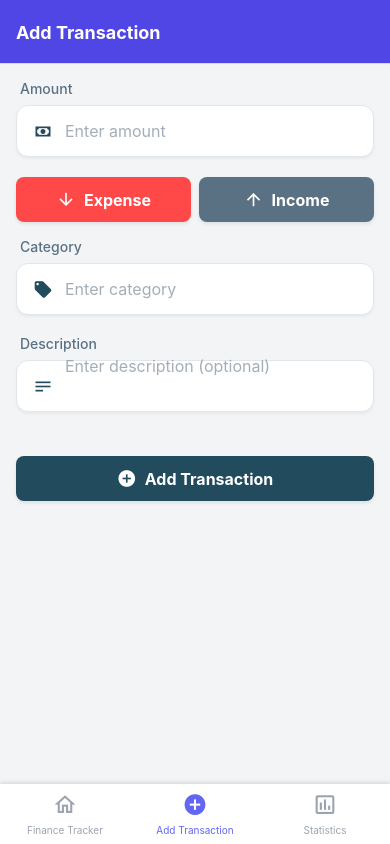
Repository: FarhanAryadi/FinTrack
Screen: /Add
The author's editor kept a copy of each file at every save. The screen is drawn from the files as they stood at one save, then again after the next save.
The page's requests for data from a server got no answer. The app was drawn by React Native's web renderer in a window 390 px wide. The project was rebuilt for these pictures with package versions that can differ from the ones it lists, and the page was loaded fresh each time. No one was signed in, and anything a server would have sent is missing. Also part of the build but not shown: src/components/transactions/TransactionCard.tsx, src/screens/StatisticsScreen.tsx.

Above is the screen before, as saved 2025-03-06 13:05:11.

### App.tsx
import { MaterialCommunityIcons } from '@expo/vector-icons';
import { createBottomTabNavigator } from '@react-navigation/bottom-tabs';
import { NavigationContainer } from '@react-navigation/native';
import { StatusBar } from 'expo-status-bar';
import React from 'react';

import { AddTransactionScreen } from './src/screens/AddTransactionScreen';
import HomeScreen from './src/screens/HomeScreen';
import StatisticsScreen from './src/screens/StatisticsScreen';

const Tab = createBottomTabNavigator();

type IconName = React.ComponentProps<typeof MaterialCommunityIcons>['name'];

export default function App() {
	return (
		<NavigationContainer>
			<StatusBar style="light" />
			<Tab.Navigator
				screenOptions={({ route }) => ({
					tabBarIcon: ({ focused, color, size }) => {
						let iconName: IconName = 'home';

						if (route.name === 'Home') {
							iconName = focused ? 'home' : 'home-outline';
						} else if (route.name === 'Add') {
							iconName = focused ? 'plus-circle' : 'plus-circle-outline';
						} else if (route.name === 'Statistics') {
							iconName = focused ? 'chart-box' : 'chart-box-outline';
						}

						return (
							<MaterialCommunityIcons
								name={iconName}
								size={size}
								color={color}
							/>
						);
					},
					tabBarActiveTintColor: '#6366f1',
					tabBarInactiveTintColor: '#9ca3af',
					tabBarStyle: {
						backgroundColor: 'white',
						borderTopWidth: 0,
						elevation: 10,
						shadowColor: '#000',
						shadowOffset: {
							width: 0,
							height: -2,
						},
						shadowOpacity: 0.1,
						shadowRadius: 3.84,
						height: 60,
						paddingBottom: 8,
					},
					headerStyle: {
						backgroundColor: '#4f46e5',
						elevation: 0,
						shadowOpacity: 0,
					},
					headerTintColor: 'white',
					headerTitleStyle: {
						fontWeight: 'bold',
					},
				})}
			>
				<Tab.Screen
					name="Home"
					component={HomeScreen}
					options={{
						title: 'Finance Tracker',
					}}
				/>
				<Tab.Screen
					name="Add"
					component={AddTransactionScreen}
					options={{
						title: 'Add Transaction',
					}}
				/>
				<Tab.Screen
					name="Statistics"
					component={StatisticsScreen}
					options={{
						title: 'Statistics',
					}}
				/>
			</Tab.Navigator>
		</NavigationContainer>
	);
}

### src/screens/AddTransactionScreen.tsx
import React, { useState } from 'react';
import { View, StyleSheet, ScrollView } from 'react-native';
import { useNavigation } from '@react-navigation/native';
import { Button } from '../components/common/Button';
import { Input } from '../components/common/Input';
import { useTransactions } from '../hooks/useTransactions';
import { TransactionFormData } from '../types/transaction';

export const AddTransactionScreen: React.FC = () => {
	const navigation = useNavigation();
	const { createTransaction } = useTransactions();
	const [loading, setLoading] = useState(false);
	const [form, setForm] = useState<TransactionFormData>({
		amount: '',
		type: 'EXPENSE',
		category: '',
		description: '',
		date: new Date(),
	});
	const [errors, setErrors] = useState<
		Partial<Record<keyof TransactionFormData, string>>
	>({});

	const validateForm = () => {
		const newErrors: typeof errors = {};

		if (!form.amount) {
			newErrors.amount = 'Amount is required';
		} else if (isNaN(Number(form.amount))) {
			newErrors.amount = 'Amount must be a number';
		}

		if (!form.category) {
			newErrors.category = 'Category is required';
		}

		setErrors(newErrors);
		return Object.keys(newErrors).length === 0;
	};

	const handleSubmit = async () => {
		if (!validateForm()) return;

		try {
			setLoading(true);
			await createTransaction(form);
			navigation.goBack();
		} catch (error) {
			console.error('Error creating transaction:', error);
		} finally {
			setLoading(false);
		}
	};

	return (
		<ScrollView style={styles.container}>
			<View style={styles.form}>
				<Input
					label="Amount"
					placeholder="Enter amount"
					keyboardType="numeric"
					value={form.amount}
					onChangeText={(value) => setForm({ ...form, amount: value })}
					error={errors.amount}
					icon="cash"
				/>

				<View style={styles.buttonGroup}>
					<Button
						title="Expense"
						variant={form.type === 'EXPENSE' ? 'danger' : 'secondary'}
						onPress={() => setForm({ ...form, type: 'EXPENSE' })}
						style={styles.typeButton}
						icon="arrow-down"
					/>
					<Button
						title="Income"
						variant={form.type === 'INCOME' ? 'success' : 'secondary'}
						onPress={() => setForm({ ...form, type: 'INCOME' })}
						style={styles.typeButton}
						icon="arrow-up"
					/>
				</View>

				<Input
					label="Category"
					placeholder="Enter category"
					value={form.category}
					onChangeText={(value) => setForm({ ...form, category: value })}
					error={errors.category}
					icon="tag"
				/>

				<Input
					label="Description"
					placeholder="Enter description (optional)"
					value={form.description}
					onChangeText={(value) => setForm({ ...form, description: value })}
					multiline
					numberOfLines={3}
					icon="text"
				/>

				<Button
					title="Add Transaction"
					onPress={handleSubmit}
					loading={loading}
					icon="plus-circle"
					style={styles.submitButton}
				/>
			</View>
		</ScrollView>
	);
};

const styles = StyleSheet.create({
	container: {
		flex: 1,
		backgroundColor: '#f3f4f6',
	},
	form: {
		padding: 16,
	},
	buttonGroup: {
		flexDirection: 'row',
		gap: 8,
		marginBottom: 16,
	},
	typeButton: {
		flex: 1,
	},
	submitButton: {
		marginTop: 24,
	},
});

### src/screens/HomeScreen.tsx
import React, { useEffect } from 'react';
import { View, FlatList, RefreshControl, StyleSheet } from 'react-native';
import { Header } from '../components/common/Header';
import { TransactionCard } from '../components/transactions/TransactionCard';
import { useTransactions } from '../hooks/useTransactions';
import { Transaction } from '../types/transaction';

const HomeScreen: React.FC = () => {
	const { transactions, isLoading, error, fetchTransactions } =
		useTransactions();

	useEffect(() => {
		fetchTransactions();
	}, [fetchTransactions]);

	const totalBalance = transactions.reduce((acc, curr) => {
		return acc + (curr.type === 'INCOME' ? curr.amount : -curr.amount);
	}, 0);

	const renderTransaction = ({ item }: { item: Transaction }) => (
		<TransactionCard
			transaction={item}
			onPress={(transaction) => {
				// Handle transaction press
				console.log('Transaction pressed:', transaction);
			}}
		/>
	);

	return (
		<View style={styles.container}>
			<Header
				title="My Wallet"
				subtitle="Current Balance"
				amount={totalBalance}
			/>
			<FlatList
				data={transactions}
				renderItem={renderTransaction}
				keyExtractor={(item) => item.id}
				contentContainerStyle={styles.listContent}
				refreshControl={
					<RefreshControl
						refreshing={isLoading}
						onRefresh={fetchTransactions}
						tintColor="#6366f1"
					/>
				}
			/>
		</View>
	);
};

const styles = StyleSheet.create({
	container: {
		flex: 1,
		backgroundColor: '#f3f4f6',
	},
	listContent: {
		paddingVertical: 16,
	},
});

export default HomeScreen;

### src/components/common/Button.tsx
import { MaterialCommunityIcons } from '@expo/vector-icons';
import React from 'react';
import {
	ActivityIndicator,
	StyleSheet,
	Text,
	TextStyle,
	TouchableOpacity,
	View,
	ViewStyle,
} from 'react-native';
import { colors } from '../../constants/colors';

type IconName = React.ComponentProps<typeof MaterialCommunityIcons>['name'];

interface ButtonProps {
	title: string;
	onPress: () => void;
	variant?: 'primary' | 'secondary' | 'success' | 'danger';
	loading?: boolean;
	icon?: IconName;
	style?: ViewStyle;
	textStyle?: TextStyle;
	disabled?: boolean;
}

const getVariantColor = (variant: string) => {
	const colorMap = {
		primary: colors.primary.main,
		secondary: colors.text.secondary,
		success: colors.success.main,
		danger: colors.danger.main,
	};
	return colorMap[variant as keyof typeof colorMap] || colorMap.primary;
};

export const Button: React.FC<ButtonProps> = ({
	title,
	onPress,
	variant = 'primary',
	loading = false,
	icon,
	style,
	textStyle,
	disabled = false,
}) => {
	const backgroundColor = getVariantColor(variant);

	return (
		<TouchableOpacity
			onPress={onPress}
			disabled={loading || disabled}
			activeOpacity={0.8}
			style={[
				styles.button,
				{ backgroundColor },
				disabled && styles.disabled,
				style,
			]}
		>
			{loading ? (
				<ActivityIndicator color={colors.text.inverse} />
			) : (
				<View style={styles.content}>
					{icon && (
						<MaterialCommunityIcons
							name={icon}
							size={20}
							color={colors.text.inverse}
							style={styles.icon}
						/>
					)}
					<Text style={[styles.text, textStyle]}>{title}</Text>
				</View>
			)}
		</TouchableOpacity>
	);
};

const styles = StyleSheet.create({
	button: {
		padding: 12,
		borderRadius: 8,
		elevation: 2,
		shadowColor: colors.text.primary,
		shadowOffset: {
			width: 0,
			height: 2,
		},
		shadowOpacity: 0.1,
		shadowRadius: 3.84,
	},
	content: {
		flexDirection: 'row',
		alignItems: 'center',
		justifyContent: 'center',
	},
	text: {
		color: colors.text.inverse,
		fontSize: 16,
		fontWeight: 'bold',
		textAlign: 'center',
	},
	icon: {
		marginRight: 8,
	},
	disabled: {
		opacity: 0.6,
	},
});

### src/components/common/Input.tsx
import { MaterialCommunityIcons } from '@expo/vector-icons';
import React from 'react';
import {
	StyleSheet,
	Text,
	TextInput,
	TextInputProps,
	View,
	ViewStyle,
} from 'react-native';
import { colors } from '../../constants/colors';

interface InputProps extends TextInputProps {
	label?: string;
	error?: string;
	icon?: string;
	containerStyle?: ViewStyle;
}

type IconName = React.ComponentProps<typeof MaterialCommunityIcons>['name'];

export const Input: React.FC<InputProps> = ({
	label,
	error,
	icon,
	containerStyle,
	...props
}) => {
	return (
		<View style={[styles.container, containerStyle]}>
			{label && <Text style={styles.label}>{label}</Text>}
			<View
				style={[
					styles.inputContainer,
					error ? styles.inputError : null,
					props.editable === false ? styles.inputDisabled : null,
				]}
			>
				{icon && (
					<MaterialCommunityIcons
						name={icon as IconName}
						size={20}
						color={error ? colors.danger.main : colors.primary.main}
						style={styles.icon}
					/>
				)}
				<TextInput
					style={styles.input}
					placeholderTextColor={colors.text.disabled}
					{...props}
				/>
			</View>
			{error && <Text style={styles.errorText}>{error}</Text>}
		</View>
	);
};

const styles = StyleSheet.create({
	container: {
		marginBottom: 20,
	},
	label: {
		fontSize: 14,
		fontWeight: '500',
		color: colors.text.secondary,
		marginBottom: 8,
		marginLeft: 4,
	},
	inputContainer: {
		flexDirection: 'row',
		alignItems: 'center',
		backgroundColor: colors.card,
		borderWidth: 1.5,
		borderColor: colors.border,
		borderRadius: 12,
		paddingHorizontal: 16,
		height: 52,
		shadowColor: colors.text.primary,
		shadowOffset: {
			width: 0,
			height: 2,
		},
		shadowOpacity: 0.05,
		shadowRadius: 3,
		elevation: 2,
	},
	input: {
		flex: 1,
		fontSize: 16,
		color: colors.text.primary,
		paddingVertical: 12,
	},
	icon: {
		marginRight: 12,
	},
	inputError: {
		borderColor: colors.danger.main,
		borderWidth: 1.5,
		backgroundColor: colors.danger.surface,
	},
	inputDisabled: {
		backgroundColor: colors.background,
		borderColor: colors.border,
	},
	errorText: {
		color: colors.danger.main,
		fontSize: 12,
		marginTop: 4,
		marginLeft: 4,
	},
});

### src/hooks/useTransactions.ts
import { useCallback, useState } from 'react';
import { transactionService } from '../api/transactionService';
import { Transaction, TransactionFormData } from '../types/transaction';

export const useTransactions = () => {
	const [transactions, setTransactions] = useState<Transaction[]>([]);
	const [isLoading, setIsLoading] = useState(false);
	const [error, setError] = useState<string | null>(null);

	const fetchTransactions = useCallback(async () => {
		try {
			setIsLoading(true);
			setError(null);
			const data = await transactionService.getAllTransactions();
			setTransactions(data);
		} catch (err) {
			setError('Failed to fetch transactions');
			console.error(err);
		} finally {
			setIsLoading(false);
		}
	}, []);

	const createTransaction = useCallback(async (data: TransactionFormData) => {
		try {
			setIsLoading(true);
			setError(null);
			const newTransaction = await transactionService.createTransaction(data);
			setTransactions((prev) => [newTransaction, ...prev]);
			return newTransaction;
		} catch (err) {
			setError('Failed to create transaction');
			console.error(err);
			throw err;
		} finally {
			setIsLoading(false);
		}
	}, []);

	const updateTransaction = useCallback(
		async (id: string, data: Partial<TransactionFormData>) => {
			try {
				setIsLoading(true);
				setError(null);
				const updatedTransaction = await transactionService.updateTransaction(
					id,
					data
				);
				setTransactions((prev) =>
					prev.map((t) => (t.id === id ? updatedTransaction : t))
				);
				return updatedTransaction;
			} catch (err) {
				setError('Failed to update transaction');
				console.error(err);
				throw err;
			} finally {
				setIsLoading(false);
			}
		},
		[]
	);

	const deleteTransaction = useCallback(async (id: string) => {
		try {
			setIsLoading(true);
			setError(null);
			await transactionService.deleteTransaction(id);
			setTransactions((prev) => prev.filter((t) => t.id !== id));
		} catch (err) {
			setError('Failed to delete transaction');
			console.error(err);
			throw err;
		} finally {
			setIsLoading(false);
		}
	}, []);

	const getTransactionsByDateRange = useCallback(
		async (startDate: Date, endDate: Date) => {
			try {
				setIsLoading(true);
				setError(null);
				const data = await transactionService.getTransactionsByDateRange(
					startDate,
					endDate
				);
				return data;
			} catch (err) {
				setError('Failed to fetch transactions by date range');
				console.error(err);
				throw err;
			} finally {
				setIsLoading(false);
			}
		},
		[]
	);

	return {
		transactions,
		isLoading,
		error,
		fetchTransactions,
		createTransaction,
		updateTransaction,
		deleteTransaction,
		getTransactionsByDateRange,
	};
};

### src/components/common/Header.tsx
import { MaterialCommunityIcons } from '@expo/vector-icons';
import React from 'react';
import { StyleSheet, Text, TouchableOpacity, View } from 'react-native';
import { colors } from '../../constants/colors';

interface HeaderProps {
	title: string;
	subtitle?: string;
	amount?: number;
	onCalendarPress?: () => void;
}

export const Header: React.FC<HeaderProps> = ({
	title,
	subtitle,
	amount,
	onCalendarPress,
}) => {
	return (
		<View style={styles.container}>
			<View style={styles.topBar}>
				<View style={styles.titleContainer}>
					<Text style={styles.title}>{title}</Text>
					{subtitle && <Text style={styles.subtitle}>{subtitle}</Text>}
				</View>
				<TouchableOpacity
					style={styles.calendarButton}
					onPress={onCalendarPress}
				>
					<MaterialCommunityIcons
						name="calendar-month"
						size={24}
						color={colors.text.inverse}
					/>
				</TouchableOpacity>
			</View>
			{amount !== undefined && (
				<View style={styles.amountContainer}>
					<Text style={styles.amountLabel}>Total Balance</Text>
					<Text style={styles.amount}>${amount.toFixed(2)}</Text>
					<View style={styles.indicator} />
				</View>
			)}
		</View>
	);
};

const styles = StyleSheet.create({
	container: {
		paddingTop: 48,
		paddingBottom: 32,
		paddingHorizontal: 20,
		backgroundColor: colors.primary.main,
		borderBottomLeftRadius: 30,
		borderBottomRightRadius: 30,
		shadowColor: colors.primary.dark,
		shadowOffset: {
			width: 0,
			height: 4,
		},
		shadowOpacity: 0.2,
		shadowRadius: 8,
		elevation: 8,
	},
	topBar: {
		flexDirection: 'row',
		justifyContent: 'space-between',
		alignItems: 'flex-start',
		marginBottom: 24,
	},
	titleContainer: {
		flex: 1,
	},
	title: {
		fontSize: 28,
		fontWeight: '700',
		color: colors.text.inverse,
		marginBottom: 4,
	},
	subtitle: {
		fontSize: 16,
		color: 'rgba(255, 255, 255, 0.8)',
	},
	calendarButton: {
		width: 44,
		height: 44,
		borderRadius: 22,
		backgroundColor: 'rgba(255, 255, 255, 0.15)',
		justifyContent: 'center',
		alignItems: 'center',
	},
	amountContainer: {
		alignItems: 'flex-start',
	},
	amountLabel: {
		fontSize: 14,
		color: 'rgba(255, 255, 255, 0.8)',
		marginBottom: 8,
	},
	amount: {
		fontSize: 40,
		fontWeight: '700',
		color: colors.text.inverse,
		marginBottom: 16,
	},
	indicator: {
		width: 32,
		height: 4,
		backgroundColor: colors.accent.green,
		borderRadius: 2,
	},
});

### src/constants/colors.ts
export const colors = {
	// Primary Colors
	primary: {
		dark: '#1B3242',    // Dark Teal
		main: '#234B5E',    // Teal
		light: '#C1FF3F',   // Neon Green
		surface: '#F4F6F8', // Light Gray
	},

	// Accent Colors
	accent: {
		purple: '#E9DEFF',  // Light Purple
		green: '#C1FF3F',   // Neon Green
		teal: '#234B5E',    // Teal
	},

	// Status Colors
	success: {
		light: '#C1FF3F',   // Neon Green
		main: '#9FD82B',    // Darker Green
		dark: '#8AC123',    // Even Darker Green
		surface: '#F5FFF0',
	},
	danger: {
		light: '#FF6B6B',
		main: '#FF4949',
		dark: '#E53E3E',
		surface: '#FFF5F5',
	},
	warning: {
		light: '#FFD93D',
		main: '#FFC107',
		dark: '#F9A825',
		surface: '#FFFBEB',
	},

	// Neutral Colors
	background: '#F4F6F8',  // Light Gray Background
	card: '#FFFFFF',
	border: '#E1E6EB',

	// Text Colors
	text: {
		primary: '#1B3242',   // Dark Teal
		secondary: '#5A7184', // Medium Gray
		disabled: '#A3AEB8',  // Light Gray
		inverse: '#FFFFFF',   // White
	},

	// Transaction Types
	transaction: {
		income: {
			light: '#C1FF3F',  // Neon Green
			main: '#9FD82B',   // Darker Green
			dark: '#8AC123',   // Even Darker Green
		},
		expense: {
			light: '#FF6B6B',
			main: '#FF4949',
			dark: '#E53E3E',
		},
	},

	// Card Gradients
	gradients: {
		primary: ['#234B5E', '#1B3242'],
		success: ['#C1FF3F', '#9FD82B'],
		purple: ['#E9DEFF', '#D4BBFF'],
	},
};

### src/api/transactionService.ts
import { Transaction, TransactionFormData } from '../types/transaction';
import { API_CONFIG } from '../config/api';

export const transactionService = {
	async getAllTransactions(): Promise<Transaction[]> {
		try {
			const response = await fetch(`${API_CONFIG.BASE_URL}${API_CONFIG.ENDPOINTS.TRANSACTIONS}`);
			if (!response.ok) {
				throw new Error('Failed to fetch transactions');
			}
			const data = await response.json();
			return data.map((transaction: any) => ({
				...transaction,
				date: new Date(transaction.date),
				createdAt: new Date(transaction.createdAt),
				updatedAt: new Date(transaction.updatedAt),
			}));
		} catch (error) {
			console.error('Error fetching transactions:', error);
			throw error;
		}
	},

	async createTransaction(data: TransactionFormData): Promise<Transaction> {
		try {
			const response = await fetch(
				`${API_CONFIG.BASE_URL}${API_CONFIG.ENDPOINTS.TRANSACTIONS}`,
				{
					method: 'POST',
					headers: {
						'Content-Type': 'application/json',
					},
					body: JSON.stringify({
						...data,
						amount: parseFloat(data.amount),
					}),
				}
			);
			if (!response.ok) {
				throw new Error('Failed to create transaction');
			}
			const transaction = await response.json();
			return {
				...transaction,
				date: new Date(transaction.date),
				createdAt: new Date(transaction.createdAt),
				updatedAt: new Date(transaction.updatedAt),
			};
		} catch (error) {
			console.error('Error creating transaction:', error);
			throw error;
		}
	},

	async updateTransaction(
		id: string,
		data: Partial<TransactionFormData>
	): Promise<Transaction> {
		try {
			const response = await fetch(
				`${API_CONFIG.BASE_URL}${API_CONFIG.ENDPOINTS.TRANSACTION_BY_ID(id)}`,
				{
					method: 'PUT',
					headers: {
						'Content-Type': 'application/json',
					},
					body: JSON.stringify({
						...data,
						amount: data.amount ? parseFloat(data.amount) : undefined,
					}),
				}
			);
			if (!response.ok) {
				throw new Error('Failed to update transaction');
			}
			const transaction = await response.json();
			return {
				...transaction,
				date: new Date(transaction.date),
				createdAt: new Date(transaction.createdAt),
				updatedAt: new Date(transaction.updatedAt),
			};
		} catch (error) {
			console.error('Error updating transaction:', error);
			throw error;
		}
	},

	async deleteTransaction(id: string): Promise<void> {
		try {
			const response = await fetch(
				`${API_CONFIG.BASE_URL}${API_CONFIG.ENDPOINTS.TRANSACTION_BY_ID(id)}`,
				{
					method: 'DELETE',
				}
			);
			if (!response.ok) {
				throw new Error('Failed to delete transaction');
			}
		} catch (error) {
			console.error('Error deleting transaction:', error);
			throw error;
		}
	},

	async getTransactionsByDateRange(
		startDate: Date,
		endDate: Date
	): Promise<Transaction[]> {
		try {
			const response = await fetch(
				`${API_CONFIG.BASE_URL}${API_CONFIG.ENDPOINTS.TRANSACTIONS_BY_DATE_RANGE}?start=${startDate.toISOString()}&end=${endDate.toISOString()}`
			);
			if (!response.ok) {
				throw new Error('Failed to fetch transactions by date range');
			}
			const data = await response.json();
			return data.map((transaction: any) => ({
				...transaction,
				date: new Date(transaction.date),
				createdAt: new Date(transaction.createdAt),
				updatedAt: new Date(transaction.updatedAt),
			}));
		} catch (error) {
			console.error('Error fetching transactions by date range:', error);
			throw error;
		}
	},
};

### src/config/api.ts
// Ganti 192.168.1.X dengan IP address komputer Anda
export const API_CONFIG = {
	BASE_URL: 'http://192.168.88.247:3000/api',
	ENDPOINTS: {
		TRANSACTIONS: '/transactions',
		TRANSACTION_BY_ID: (id: string) => `/transactions/${id}`,
		TRANSACTIONS_BY_DATE_RANGE: '/transactions/range',
	},
};

After the next save:
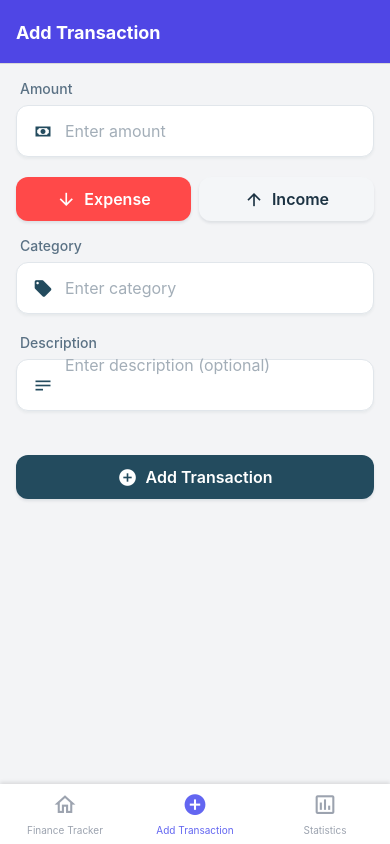
Saved 38 s later.
--- a/src/components/common/Button.tsx
+++ b/src/components/common/Button.tsx
@@ -22,16 +22,57 @@ interface ButtonProps {
 	style?: ViewStyle;
 	textStyle?: TextStyle;
 	disabled?: boolean;
+	size?: 'small' | 'medium' | 'large';
 }
 
-const getVariantColor = (variant: string) => {
-	const colorMap = {
-		primary: colors.primary.main,
-		secondary: colors.text.secondary,
-		success: colors.success.main,
-		danger: colors.danger.main,
+const getVariantStyles = (variant: string) => {
+	const variants = {
+		primary: {
+			backgroundColor: colors.primary.main,
+			pressedColor: colors.primary.dark,
+			textColor: colors.text.inverse,
+		},
+		secondary: {
+			backgroundColor: colors.background,
+			pressedColor: colors.border,
+			textColor: colors.text.primary,
+		},
+		success: {
+			backgroundColor: colors.success.main,
+			pressedColor: colors.success.dark,
+			textColor: colors.text.inverse,
+		},
+		danger: {
+			backgroundColor: colors.danger.main,
+			pressedColor: colors.danger.dark,
+			textColor: colors.text.inverse,
+		},
 	};
-	return colorMap[variant as keyof typeof colorMap] || colorMap.primary;
+	return variants[variant as keyof typeof variants] || variants.primary;
+};
+
+const getSizeStyles = (size: string = 'medium') => {
+	const sizes = {
+		small: {
+			height: 36,
+			fontSize: 14,
+			iconSize: 16,
+			paddingHorizontal: 16,
+		},
+		medium: {
+			height: 44,
+			fontSize: 16,
+			iconSize: 20,
+			paddingHorizontal: 20,
+		},
+		large: {
+			height: 52,
+			fontSize: 18,
+			iconSize: 24,
+			paddingHorizontal: 24,
+		},
+	};
+	return sizes[size as keyof typeof sizes] || sizes.medium;
 };
 
 export const Button: React.FC<ButtonProps> = ({
@@ -43,8 +84,10 @@ export const Button: React.FC<ButtonProps> = ({
 	style,
 	textStyle,
 	disabled = false,
+	size = 'medium',
 }) => {
-	const backgroundColor = getVariantColor(variant);
+	const variantStyles = getVariantStyles(variant);
+	const sizeStyles = getSizeStyles(size);
 
 	return (
 		<TouchableOpacity
@@ -53,24 +96,39 @@ export const Button: React.FC<ButtonProps> = ({
 			activeOpacity={0.8}
 			style={[
 				styles.button,
-				{ backgroundColor },
+				{
+					backgroundColor: variantStyles.backgroundColor,
+					height: sizeStyles.height,
+					paddingHorizontal: sizeStyles.paddingHorizontal,
+				},
 				disabled && styles.disabled,
 				style,
 			]}
 		>
 			{loading ? (
-				<ActivityIndicator color={colors.text.inverse} />
+				<ActivityIndicator color={variantStyles.textColor} />
 			) : (
 				<View style={styles.content}>
 					{icon && (
 						<MaterialCommunityIcons
 							name={icon}
-							size={20}
-							color={colors.text.inverse}
+							size={sizeStyles.iconSize}
+							color={variantStyles.textColor}
 							style={styles.icon}
 						/>
 					)}
-					<Text style={[styles.text, textStyle]}>{title}</Text>
+					<Text
+						style={[
+							styles.text,
+							{
+								color: variantStyles.textColor,
+								fontSize: sizeStyles.fontSize,
+							},
+							textStyle,
+						]}
+					>
+						{title}
+					</Text>
 				</View>
 			)}
 		</TouchableOpacity>
@@ -79,16 +137,17 @@ export const Button: React.FC<ButtonProps> = ({
 
 const styles = StyleSheet.create({
 	button: {
-		padding: 12,
-		borderRadius: 8,
-		elevation: 2,
+		borderRadius: 12,
+		justifyContent: 'center',
+		alignItems: 'center',
 		shadowColor: colors.text.primary,
 		shadowOffset: {
 			width: 0,
 			height: 2,
 		},
 		shadowOpacity: 0.1,
-		shadowRadius: 3.84,
+		shadowRadius: 3,
+		elevation: 2,
 	},
 	content: {
 		flexDirection: 'row',
@@ -96,15 +155,13 @@ const styles = StyleSheet.create({
 		justifyContent: 'center',
 	},
 	text: {
-		color: colors.text.inverse,
-		fontSize: 16,
-		fontWeight: 'bold',
+		fontWeight: '600',
 		textAlign: 'center',
 	},
 	icon: {
 		marginRight: 8,
 	},
 	disabled: {
-		opacity: 0.6,
+		opacity: 0.5,
 	},
 });
